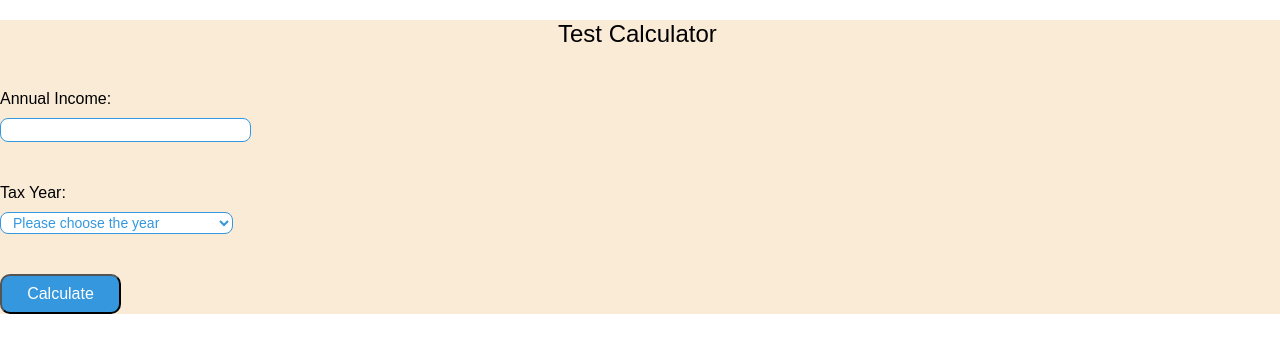
Repository: jbpadilha/taxcalculator
Page: /
The author's editor kept a copy of each file at every save. The page is drawn from the files as they stood at one save, then again after the next save.
The browser window is 1280 px wide. The pictures show the whole page.
The project was rebuilt for these pictures with package versions that can differ from the ones it lists, and the page was loaded fresh each time.

Above is the page before, as saved 2023-06-17 21:24:43.

After the next save:
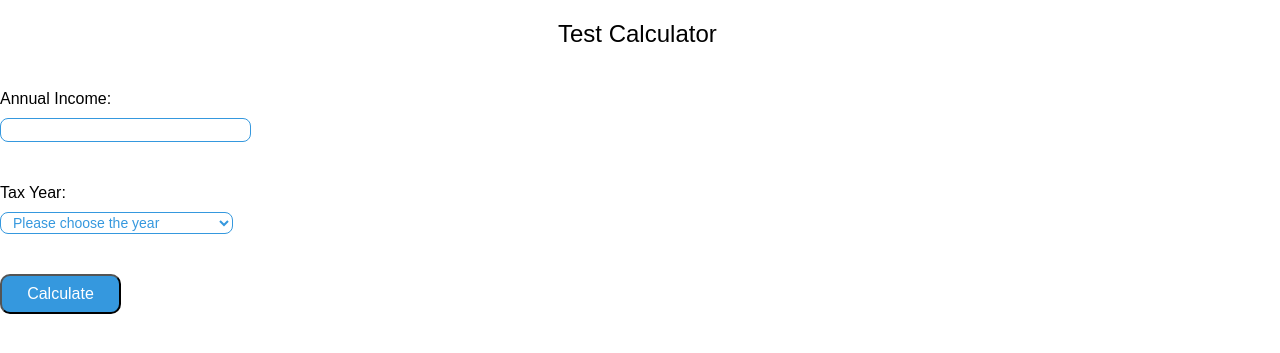
Saved 102 s later.
--- a/src/App.tsx
+++ b/src/App.tsx
@@ -1,10 +1,9 @@
 import React from 'react';
-import './App.css';
 import RoutesComponent from './components/RouteComponent';
 
 const App = () => {
   return (
-    <div className="App">
+    <div>
       <header>
       </header>
       <main>
